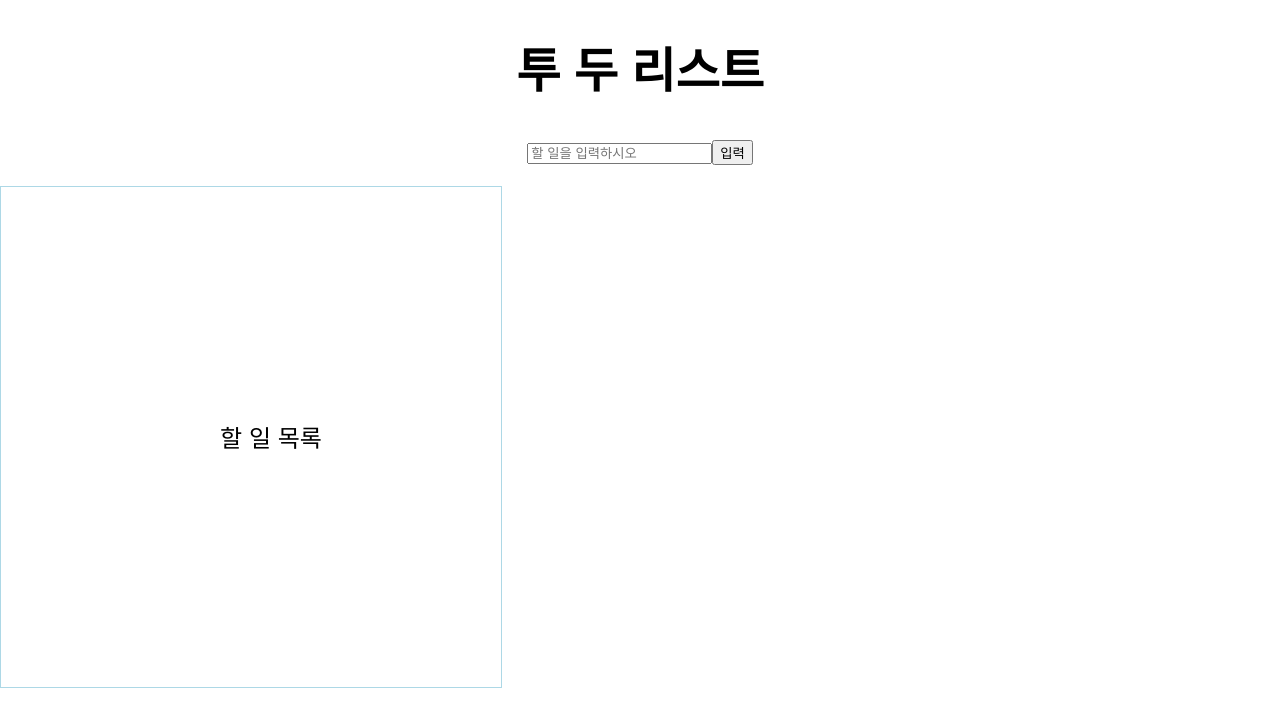
Repository: jun01270/Todo-List_React
Page: /
An editor plug-in stored every save of this project. The page is shown before and after a run of saves, followed by the edit.
The browser window is 1280 px wide. The pictures show the whole page.
The project was rebuilt for these pictures with package versions that can differ from the ones it lists, and the page was loaded fresh each time.

Above is the page before, as saved 2023-01-02 17:21:47.

After the next 4 saves:
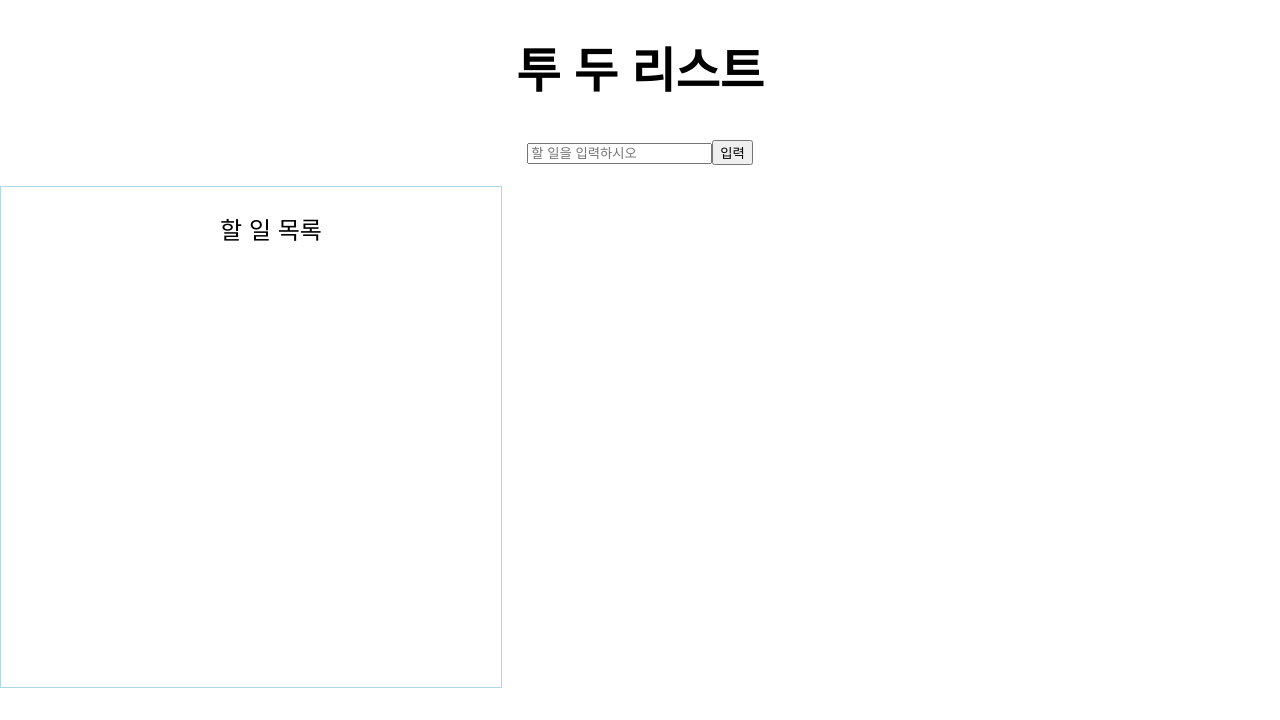
The 4 saves are shown as one change because they came seconds apart.
The last was saved 15 s later.
--- a/src/App.css
+++ b/src/App.css
@@ -12,8 +12,4 @@
   width: 500px;
   height: 500px;
   border: 1px solid lightblue;
-  display: flex;
-  justify-content: center;
-  text-align: center;
-  flex-direction: column;
 }
